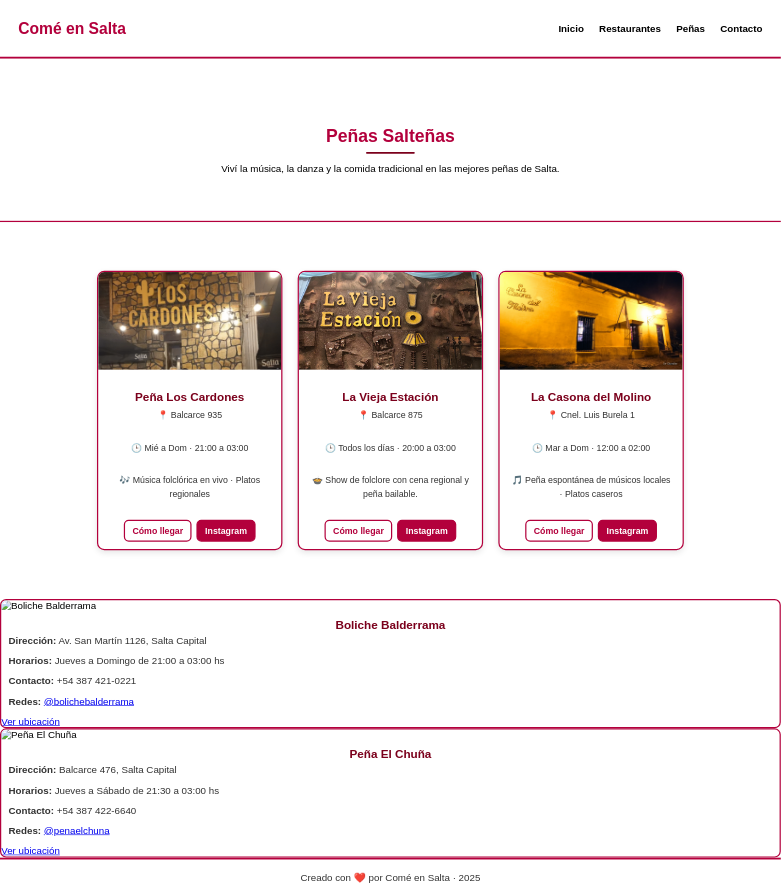
Repository: nahir95/come-en-salta
Page: peñas.html
The author's editor kept a copy of each file at every save. The page is drawn from the files as they stood at one save, then again after the next save.
The browser window is 1280 px wide. The pictures show the whole page, at 61% of full size.

Above is the page before, as saved 2025-11-12 03:22:53.
Not found: imagenes/balderrama.jpg
Not found: imagenes/elchuna.jpg

### peñas.html
<!DOCTYPE html>
<html lang="es">
<head>
  <meta charset="UTF-8">
  <meta name="viewport" content="width=device-width, initial-scale=1.0">
  <title>Peñas en Salta | Comé en Salta</title>
  <link rel="stylesheet" href="style.css">
</head>

<body>
  <header>
    <h1>Comé en Salta</h1>
    <nav>
      <a href="index.html">Inicio</a>
      <a href="restaurantes.html">Restaurantes</a>
      <a href="penas.html" class="active">Peñas</a>
      <a href="#contacto">Contacto</a>
    </nav>
  </header>

   <main class="restaurantes">
    <section class="intro">
      <h2>Peñas Salteñas</h2>
      <p>Viví la música, la danza y la comida tradicional en las mejores peñas de Salta.</p>
    </section>
  <main>

    <!-- Zona 1 -->
    <section class="zona">
      <div class="zona-grid">
        <div class="restaurante">
          <img src="imagenes/los-cardones.png" alt="Peña Los Cardones">
          <div class="card-content">
            <h3>Peña Los Cardones</h3>
            <p>📍 Balcarce 935</p>
            <p>🕒 Mié a Dom · 21:00 a 03:00</p>
            <p>🎶 Música folclórica en vivo · Platos regionales</p>
            <div class="btns-resto">
              <a href="https://maps.app.goo.gl/B3RV2sRcfGxMxXqY7" target="_blank" class="btn">Cómo llegar</a>
              <a href="https://www.instagram.com/penaloscardones/" target="_blank" class="btn btn-secundario">Instagram</a>
            </div>
          </div>
        </div>

        <div class="restaurante">
          <img src="imagenes/la-vieja.jpg" alt="La Vieja Estación">
          <div class="card-content">
            <h3>La Vieja Estación</h3>
            <p>📍 Balcarce 875</p>
            <p>🕒 Todos los días · 20:00 a 03:00</p>
            <p>🍲 Show de folclore con cena regional y peña bailable.</p>
            <div class="btns-resto">
              <a href="https://maps.app.goo.gl/8Xy5uXKZ4SrGUmM86" target="_blank" class="btn">Cómo llegar</a>
              <a href="https://www.instagram.com/laviejaestacionsalta/" target="_blank" class="btn btn-secundario">Instagram</a>
            </div>
          </div>
        </div>

        <div class="restaurante">
          <img src="imagenes/la-casona-del-molino.jpg" alt="Balderrama">
          <div class="card-content">
            <h3>La Casona del Molino</h3>
            <p>📍 Cnel. Luis Burela 1</p>
            <p>🕒 Mar a Dom · 12:00 a 02:00</p>
            <p>🎵 Peña espontánea de músicos locales · Platos caseros</p>
            <div class="btns-resto">
              <a href="https://maps.app.goo.gl/Bf2KjMTgcdJixUpt6" target="_blank" class="btn">Cómo llegar</a>
              <a href="https://www.instagram.com/lacasonadelmolino/" target="_blank" class="btn btn-secundario">Instagram</a>
            </div>
          </div>
        </div>
      </div>
    </section>

    <!-- Zona 2 -->
    <!-- PEÑA BOLICHE BALDERRAMA -->
    <div class="card">
      <img src="imagenes/balderrama.jpg" alt="Boliche Balderrama">
      <div class="card-content">
        <h3>Boliche Balderrama</h3>
        <p><strong>Dirección:</strong> Av. San Martín 1126, Salta Capital</p>
        <p><strong>Horarios:</strong> Jueves a Domingo de 21:00 a 03:00 hs</p>
        <p><strong>Contacto:</strong> +54 387 421-0221</p>
        <p><strong>Redes:</strong> <a href="https://www.instagram.com/bolichebalderrama" target="_blank">@bolichebalderrama</a></p>
        <a class="btn" href="https://maps.app.goo.gl/UZYhZbLZyWWmShuM7" target="_blank">Ver ubicación</a>
      </div>
    </div>

    <!-- PEÑA EL CHUÑA -->
    <div class="card">
      <img src="imagenes/elchuna.jpg" alt="Peña El Chuña">
      <div class="card-content">
        <h3>Peña El Chuña</h3>
        <p><strong>Dirección:</strong> Balcarce 476, Salta Capital</p>
        <p><strong>Horarios:</strong> Jueves a Sábado de 21:30 a 03:00 hs</p>
        <p><strong>Contacto:</strong> +54 387 422-6640</p>
        <p><strong>Redes:</strong> <a href="https://www.instagram.com/penaelchuna" target="_blank">@penaelchuna</a></p>
        <a class="btn" href="https://maps.app.goo.gl/QKpKTuA7JjFzEXxR8" target="_blank">Ver ubicación</a>
      </div>
    </div>
      </div>
    </section>
  </main>

  <footer>
    Creado con ❤️ por Comé en Salta · 2025
  </footer>
</body>
</html>

### style.css
/* ==========================
   ESTILOS GENERALES
========================== */
body {
  margin: 0;
  font-family: 'Poppins', sans-serif;
  background-color: #fff;
  color: #000;
}

/* ==========================
   HEADER
========================== */
header {
  display: flex;
  justify-content: space-between;
  align-items: center;
  background-color: #fff;
  padding: 15px 30px;
  border-bottom: 3px solid #b3003c;
}

header h1 {
  color: #b3003c;
  font-size: 1.6rem;
}

nav {
  display: flex;
  gap: 25px;
}

nav a {
  text-decoration: none;
  color: #000;
  font-weight: 600;
  transition: color 0.3s ease;
}

nav a:hover {
  color: #b3003c;
}

/* ==========================
   CARRUSEL (HERO)
========================== */
.hero {
  position: relative;
  width: 100%;
  overflow: hidden;
}

.carousel-container {
  position: relative;
  width: 100%;
  height: 80vh;
}

.carousel {
  display: flex;
  width: 300%;
  transition: transform 0.8s ease-in-out;
}

.carousel img {
  width: 100%;
  height: 80vh;
  object-fit: cover;
  filter: brightness(0.7);
}

/* Botones del carrusel */
.btn-carrusel {
  position: absolute;
  top: 50%;
  transform: translateY(-50%);
  background-color: rgba(179, 0, 60, 0.8);
  color: white;
  border: none;
  font-size: 2rem;
  padding: 10px 15px;
  cursor: pointer;
  border-radius: 50%;
  transition: background 0.3s ease;
}

.btn-carrusel:hover {
  background-color: #b3003c;
}

#prev { left: 20px; }
#next { right: 20px; }

/* Texto sobre el carrusel */
.overlay {
  position: absolute;
  top: 50%;
  left: 50%;
  transform: translate(-50%, -50%);
  color: white;
  text-align: center;
  text-shadow: 0 2px 5px rgba(0,0,0,0.7);
}

.overlay h2 {
  font-size: 2rem;
  color: #fff;
  margin-bottom: 10px;
}

.overlay p {
  font-size: 1.2rem;
}

/* ==========================
   SECCIÓN INICIO
========================== */
.inicio {
  text-align: center;
  padding: 80px 20px;
  background-color: #fff;
}

.inicio h2 {
  color: #b3003c;
  font-size: 2rem;
  margin-bottom: 15px;
}

.inicio p {
  max-width: 800px;
  margin: 0 auto 30px auto;
  color: #333;
  line-height: 1.6;
}

/* BOTONES PRINCIPALES */
.inicio-buttons .btn {
  display: inline-block;
  margin: 10px;
  padding: 12px 24px;
  border: 2px solid #b3003c;
  border-radius: 8px;
  color: #b3003c;
  background: transparent;
  text-decoration: none;
  font-weight: 600;
  transition: all 0.3s ease;
}

.inicio-buttons .btn:hover {
  background: #b3003c;
  color: white;
}
/* ==========================
   SECCIÓN "POR QUÉ COMER EN SALTA"
========================== */
.porque {
  text-align: center;
  padding: 60px 20px;
  background-color: #f7f7f7;
  border-top: 2px solid #b3003c;
  border-bottom: 2px solid #b3003c;
}

.porque h2 {
  color: #b3003c;
  margin-bottom: 15px;
}

.porque p {
  max-width: 800px;
  margin: auto;
  font-size: 1.1rem;
  color: #333;
  line-height: 1.6;
}

/* ==========================
   SABORES
========================== */
.sabores {
  padding: 60px 20px;
  background-color: #fff;
  text-align: center;
}

.sabores h2 {
  color: #b3003c;
  margin-bottom: 25px;
}

.sabores-grid {
  display: grid;
  grid-template-columns: repeat(auto-fit, minmax(220px, 1fr));
  gap: 25px;
}

.plato {
  background: #fff;
  border-radius: 12px;
  border: 2px solid #b3003c;
  overflow: hidden;
  transition: transform 0.3s ease, box-shadow 0.3s ease;
}

.plato:hover {
  transform: scale(1.05);
  box-shadow: 0 4px 12px rgba(0,0,0,0.15);
}

.plato img {
  width: 100%;
  height: 160px;
  object-fit: cover;
}

.plato h3 {
  padding: 12px;
  color: #b3003c;
}

/* ==========================
   FRASE FINAL
========================== */
.frase {
  background: #b3003c;
  color: white;
  text-align: center;
  padding: 40px 10px;
  font-style: italic;
  font-size: 1.2rem;
}

/* ==========================
   FOOTER
========================== */
footer {
  background-color: #fff;
  color: #333;
  text-align: center;
  padding: 20px;
  border-top: 3px solid #b3003c;
  font-weight: 500;
}
.carousel-container {
  position: relative;
  overflow: hidden;
  width: 100%;
  height: 400px;
}

.carousel {
  display: flex;
  transition: transform 1s ease;
  width: 100%;
  height: 100%;
}

.carousel img {
  flex: 0 0 100%;
  width: 100%;
  height: 100%;
  object-fit: cover;
}
/* ==========================
   RESTAURANTES
========================== */
.restaurantes .intro {
  text-align: center;
  padding: 60px 20px;
}

.restaurantes .intro h2 {
  color: #b3003c;
  margin-bottom: 10px;
}

.restaurantes .zona {
  padding: 60px 20px;
  border-top: 2px solid #b3003c;
  background-color: #fff;
}

.restaurantes .zona h2 {
  color: #b3003c;
  margin-bottom: 10px;
  text-align: center;
}

.restaurantes .zona p {
  text-align: center;
  max-width: 800px;
  margin: 0 auto 30px auto;
  line-height: 1.6;
  color: #333;
}

.zona-grid {
  display: grid;
  grid-template-columns: repeat(auto-fit, minmax(250px, 1fr));
  gap: 25px;
}

.card {
  background: #fff;
  border: 2px solid #b3003c;
  border-radius: 10px;
  overflow: hidden;
  transition: transform 0.3s ease, box-shadow 0.3s ease;
}

.card:hover {
  transform: scale(1.05);
  box-shadow: 0 4px 12px rgba(0,0,0,0.15);
}

.card img {
  width: 100%;
  height: 180px;
  object-fit: cover;
}

.card h3 {
  margin: 12px;
  color: #b3003c;
}

.card p {
  margin: 0 12px 15px 12px;
  color: #333;
}

.lista-rapidas {
  max-width: 600px;
  margin: 0 auto;
  list-style: none;
  padding: 0;
  text-align: center;
}

.lista-rapidas li {
  background: #f8f8f8;
  border: 1px solid #b3003c;
  padding: 10px;
  border-radius: 6px;
  margin-bottom: 8px;
  color: #333;
  transition: background 0.3s;
}

.lista-rapidas li:hover {
  background: #b3003c;
  color: white;
}
/* === Contenedor general de las tarjetas === */
.zona-grid {
  display: flex;
  flex-wrap: wrap;
  justify-content: center; /* 🔹 centra todas las tarjetas */
  gap: 25px; /* espacio entre tarjetas */
  max-width: 1000px; /* 🔹 limita el ancho total del grid */
  margin: 0 auto; /* centra el bloque en la página */
  padding: 20px;
}

/* === Tarjetas de restaurantes === */
.restaurante {
  background: #fff;
  border: 2px solid #b3003c;
  border-radius: 12px;
  overflow: hidden;
  flex: 1 1 calc(33.333% - 40px); /* 🔹 3 por fila con espacio */
  max-width: 300px; /* evita que crezcan demasiado */
  box-shadow: 0 4px 10px rgba(0,0,0,0.1);
  transition: transform 0.3s ease, box-shadow 0.3s ease;
}

.restaurante:hover {
  transform: translateY(-5px);
  box-shadow: 0 6px 16px rgba(0,0,0,0.15);
}

.restaurante img {
  width: 100%;
  height: 160px;
  object-fit: cover;
}

.restaurante .card-content {
  padding: 12px 16px;
}

.restaurante h3 {
  color: #b3003c;
  font-size: 1.1rem;
  margin-bottom: 8px;
}

.restaurante p {
  color: #333;
  margin: 4px 0;
  font-size: 0.9rem;
}

/* === Botones === */
.btns-resto {
  display: flex;
  justify-content: center;
  gap: 8px;
  margin-top: 10px;
  flex-wrap: wrap;
}

.btns-resto .btn {
  display: inline-block;
  text-align: center;
  padding: 8px 12px;
  border: 2px solid #b3003c;
  border-radius: 8px;
  text-decoration: none;
  color: #b3003c;
  font-weight: 600;
  transition: all 0.3s ease;
  font-size: 0.9rem;
}

.btns-resto .btn:hover {
  background: #b3003c;
  color: #fff;
}

.btns-resto .btn-secundario {
  background: #b3003c;
  color: #fff;
}

.btns-resto .btn-secundario:hover {
  background: transparent;
  color: #b3003c;
}
/* ====== TÍTULOS DE PEÑAS ====== */

/* Título principal (por ejemplo, "Peñas salteñas") */
.hero h2 {
  color: #7b001c;
  font-size: 2.2rem;
  text-align: center;
  margin-bottom: 10px;
  text-shadow: 1px 1px 3px rgba(0,0,0,0.1);
}

/* Subtítulos de secciones (por ejemplo, "Zona Centro", "Paseo Balcarce", etc.) */
main h2 {
  color: #7b001c;
  text-align: center;
  font-size: 1.8rem;
  margin: 50px 0 25px;
  position: relative;
}

/* Línea decorativa debajo del título */
main h2::after {
  content: "";
  display: block;
  width: 80px;
  height: 3px;
  background: #7b001c;
  margin: 10px auto 0;
  border-radius: 2px;
}

/* Títulos de cada peña (nombre de la peña en las tarjetas) */
.card-content h3 {
  color: #7b001c;
  font-size: 1.2rem;
  margin-bottom: 6px;
  text-align: center;
}

After the next save:
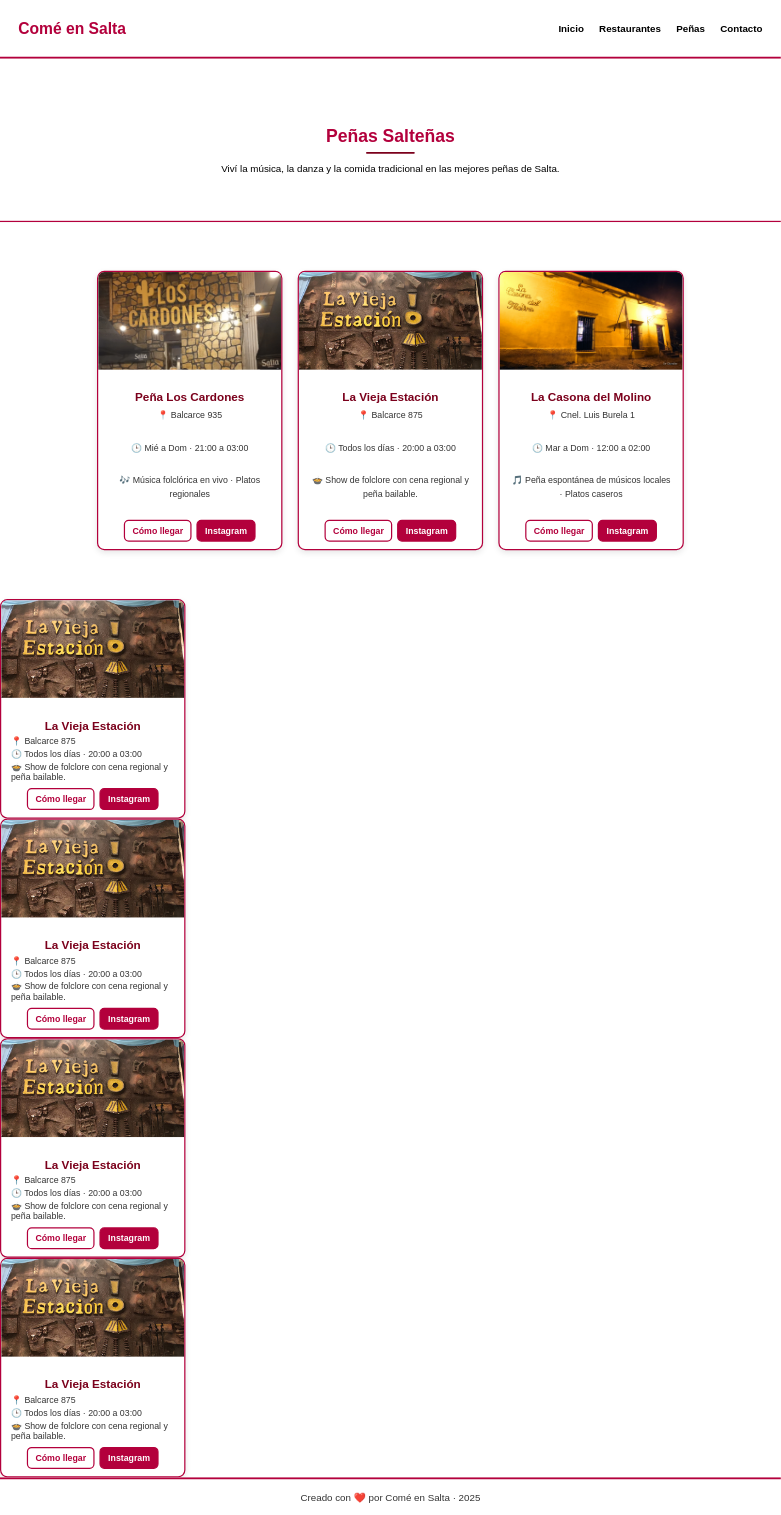
Saved 44 s later.
--- a/peñas.html
+++ b/peñas.html
@@ -73,31 +73,61 @@
     </section>
 
     <!-- Zona 2 -->
-    <!-- PEÑA BOLICHE BALDERRAMA -->
-    <div class="card">
-      <img src="imagenes/balderrama.jpg" alt="Boliche Balderrama">
-      <div class="card-content">
-        <h3>Boliche Balderrama</h3>
-        <p><strong>Dirección:</strong> Av. San Martín 1126, Salta Capital</p>
-        <p><strong>Horarios:</strong> Jueves a Domingo de 21:00 a 03:00 hs</p>
-        <p><strong>Contacto:</strong> +54 387 421-0221</p>
-        <p><strong>Redes:</strong> <a href="https://www.instagram.com/bolichebalderrama" target="_blank">@bolichebalderrama</a></p>
-        <a class="btn" href="https://maps.app.goo.gl/UZYhZbLZyWWmShuM7" target="_blank">Ver ubicación</a>
-      </div>
-    </div>
+  <div class="restaurante">
+          <img src="imagenes/la-vieja.jpg" alt="La Vieja Estación">
+          <div class="card-content">
+            <h3>La Vieja Estación</h3>
+            <p>📍 Balcarce 875</p>
+            <p>🕒 Todos los días · 20:00 a 03:00</p>
+            <p>🍲 Show de folclore con cena regional y peña bailable.</p>
+            <div class="btns-resto">
+              <a href="https://maps.app.goo.gl/8Xy5uXKZ4SrGUmM86" target="_blank" class="btn">Cómo llegar</a>
+              <a href="https://www.instagram.com/laviejaestacionsalta/" target="_blank" class="btn btn-secundario">Instagram</a>
+            </div>
+          </div>
+        </div>
 
-    <!-- PEÑA EL CHUÑA -->
-    <div class="card">
-      <img src="imagenes/elchuna.jpg" alt="Peña El Chuña">
-      <div class="card-content">
-        <h3>Peña El Chuña</h3>
-        <p><strong>Dirección:</strong> Balcarce 476, Salta Capital</p>
-        <p><strong>Horarios:</strong> Jueves a Sábado de 21:30 a 03:00 hs</p>
-        <p><strong>Contacto:</strong> +54 387 422-6640</p>
-        <p><strong>Redes:</strong> <a href="https://www.instagram.com/penaelchuna" target="_blank">@penaelchuna</a></p>
-        <a class="btn" href="https://maps.app.goo.gl/QKpKTuA7JjFzEXxR8" target="_blank">Ver ubicación</a>
-      </div>
-    </div>
+          <div class="restaurante">
+          <img src="imagenes/la-vieja.jpg" alt="La Vieja Estación">
+          <div class="card-content">
+            <h3>La Vieja Estación</h3>
+            <p>📍 Balcarce 875</p>
+            <p>🕒 Todos los días · 20:00 a 03:00</p>
+            <p>🍲 Show de folclore con cena regional y peña bailable.</p>
+            <div class="btns-resto">
+              <a href="https://maps.app.goo.gl/8Xy5uXKZ4SrGUmM86" target="_blank" class="btn">Cómo llegar</a>
+              <a href="https://www.instagram.com/laviejaestacionsalta/" target="_blank" class="btn btn-secundario">Instagram</a>
+            </div>
+          </div>
+        </div>
+
+          <div class="restaurante">
+          <img src="imagenes/la-vieja.jpg" alt="La Vieja Estación">
+          <div class="card-content">
+            <h3>La Vieja Estación</h3>
+            <p>📍 Balcarce 875</p>
+            <p>🕒 Todos los días · 20:00 a 03:00</p>
+            <p>🍲 Show de folclore con cena regional y peña bailable.</p>
+            <div class="btns-resto">
+              <a href="https://maps.app.goo.gl/8Xy5uXKZ4SrGUmM86" target="_blank" class="btn">Cómo llegar</a>
+              <a href="https://www.instagram.com/laviejaestacionsalta/" target="_blank" class="btn btn-secundario">Instagram</a>
+            </div>
+          </div>
+        </div>
+
+          <div class="restaurante">
+          <img src="imagenes/la-vieja.jpg" alt="La Vieja Estación">
+          <div class="card-content">
+            <h3>La Vieja Estación</h3>
+            <p>📍 Balcarce 875</p>
+            <p>🕒 Todos los días · 20:00 a 03:00</p>
+            <p>🍲 Show de folclore con cena regional y peña bailable.</p>
+            <div class="btns-resto">
+              <a href="https://maps.app.goo.gl/8Xy5uXKZ4SrGUmM86" target="_blank" class="btn">Cómo llegar</a>
+              <a href="https://www.instagram.com/laviejaestacionsalta/" target="_blank" class="btn btn-secundario">Instagram</a>
+            </div>
+          </div>
+        </div>
       </div>
     </section>
   </main>
